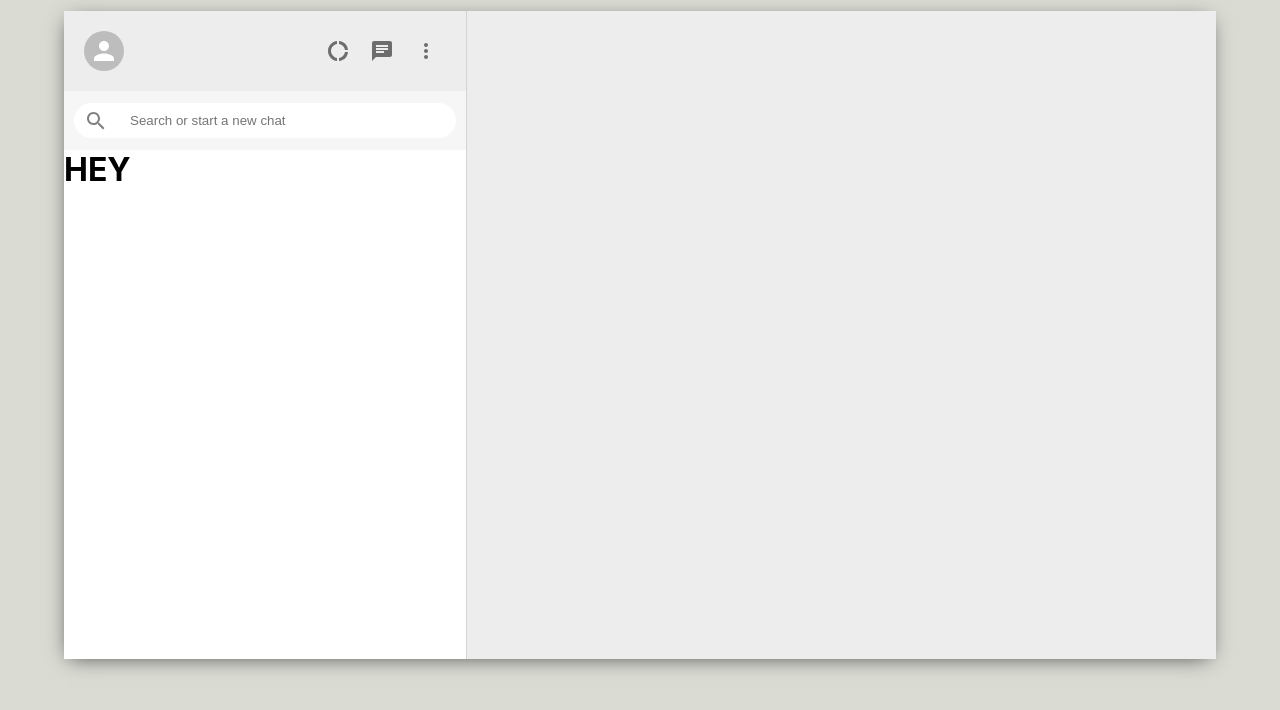
Repository: Aaronlb912/Whatsapp-clone
Page: /
The author's editor kept a copy of each file at every save. The page is drawn from the files as they stood at one save, then again after a run of saves.
The browser window is 1280 px wide. The pictures show the whole page.
The project was rebuilt for these pictures with package versions that can differ from the ones it lists, and the page was loaded fresh each time. Also part of the build but not shown: src/SidebarChat.css.

Above is the page before, as saved 2022-03-15 14:07:42.

After the next 5 saves:
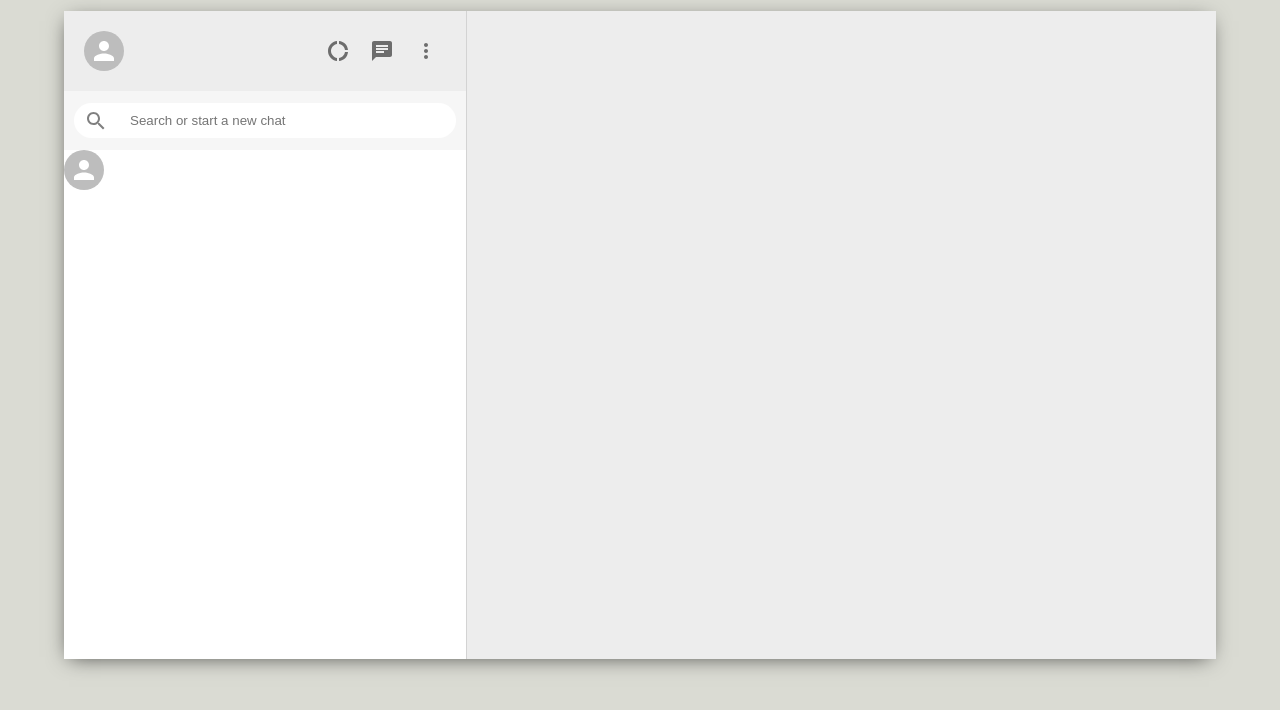
The 5 saves are shown as one change because they came seconds apart.
The last was saved 95 s later.
--- a/src/SidebarChat.jsx
+++ b/src/SidebarChat.jsx
@@ -1,12 +1,13 @@
-import React from 'react'
-import './SidebarChat.css'
+import { Avatar } from "@mui/material";
+import React from "react";
+import "./SidebarChat.css";
 
 function SidebarChat() {
   return (
-    <div className='sidebarChat'>
-        <h1>HEY</h1>
+    <div className="sidebarChat">
+      <Avatar />
     </div>
-  )
+  );
 }
 
-export default SidebarChat
+export default SidebarChat;
